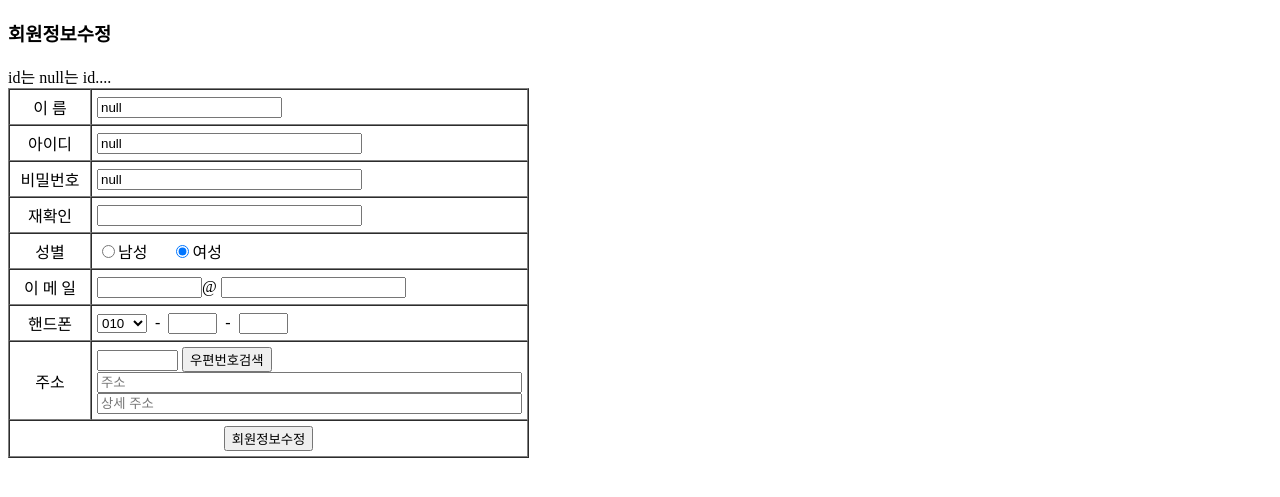
Repository: dahye1013/java-basic-learning
Page: http://localhost/memberJSP/member/modifyForm.jsp
An editor plug-in stored every save of this project. The page is shown before and after the next save, followed by the edit.
The browser window is 1280 px wide. The pictures show the whole page.
The page is served by Tomcat 9. Queries for data that is not in the repository find no rows.

Above is the page before, as saved 2020-06-04 09:18:42.

After the next save:
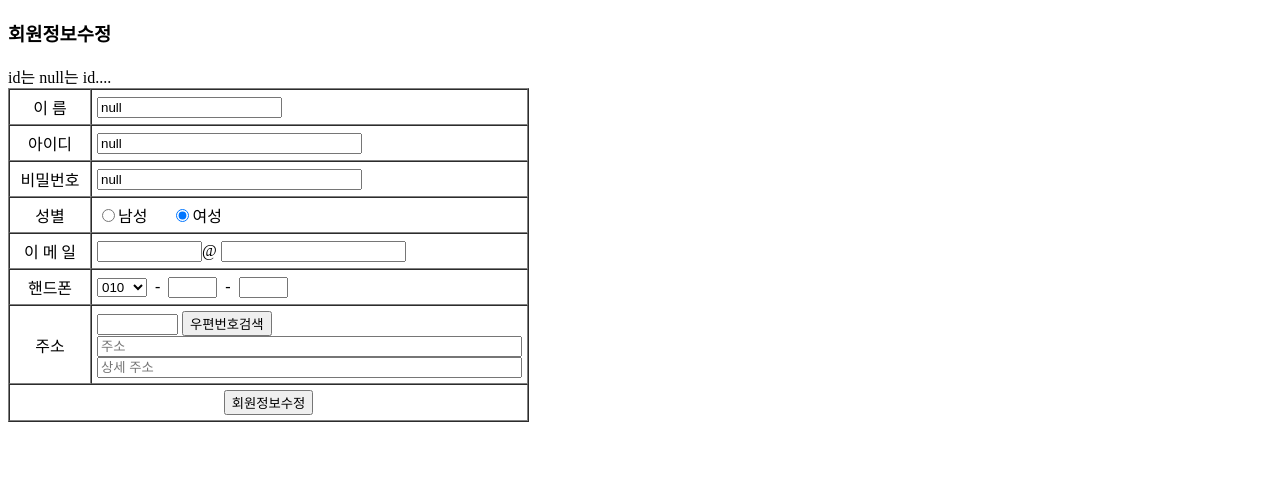
Saved 16 s later.
--- a/memberJSP/WebContent/member/modifyForm.jsp
+++ b/memberJSP/WebContent/member/modifyForm.jsp
@@ -45,11 +45,6 @@
 			</tr>
 			<tr>
 				<!--4행-->
-				<td width="70" align="center">재확인</td>
-				<td><input type="password" name="repwd" size="30"></td>
-			</tr>
-			<tr>
-				<!--5행-->
 				<td align="center">성별</td>
 				<td><label/><input type='radio' name='gender' value='0' />남성 &emsp;
 					<label/><input type='radio' name='gender' value='1' checked />여성</td>
